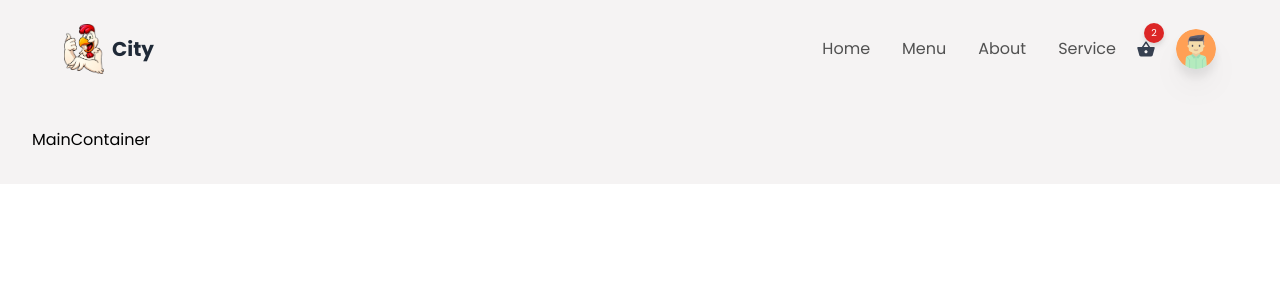
Repository: shikubro90/foodApp
Page: /
An editor plug-in stored every save of this project. The page is shown before and after a run of saves, followed by the edit.
The browser window is 1280 px wide. The pictures show the whole page.
The project was rebuilt for these pictures with package versions that can differ from the ones it lists, and the page was loaded fresh each time. Also part of the build but not shown: src/Components/CreateContainer.jsx.

Above is the page before, as saved 2022-09-21 18:57:35.

After the next 9 saves:
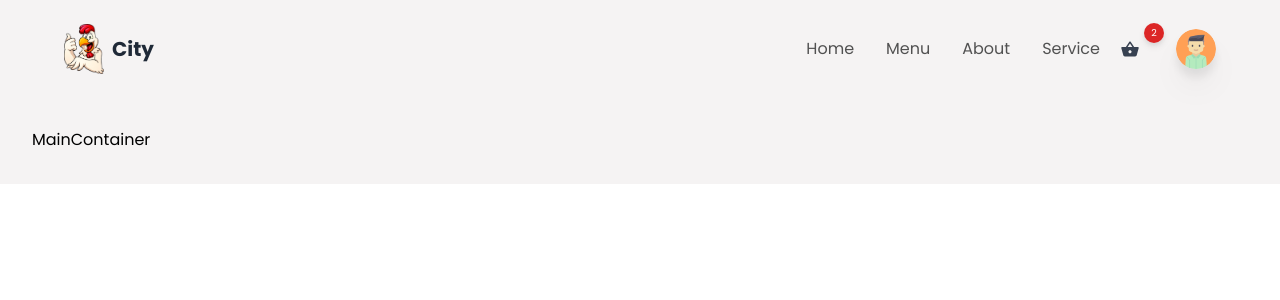
The 9 saves are shown as one change because they came seconds apart.
The last was saved 24 s later.
--- a/src/Components/Header.jsx
+++ b/src/Components/Header.jsx
@@ -74,7 +74,9 @@ const Header = () => {
                 2
               </motion.span>
             </motion.div>
-
+            <div className='w-4'>
+              <p></p>
+            </div>
 
           </div>
 
